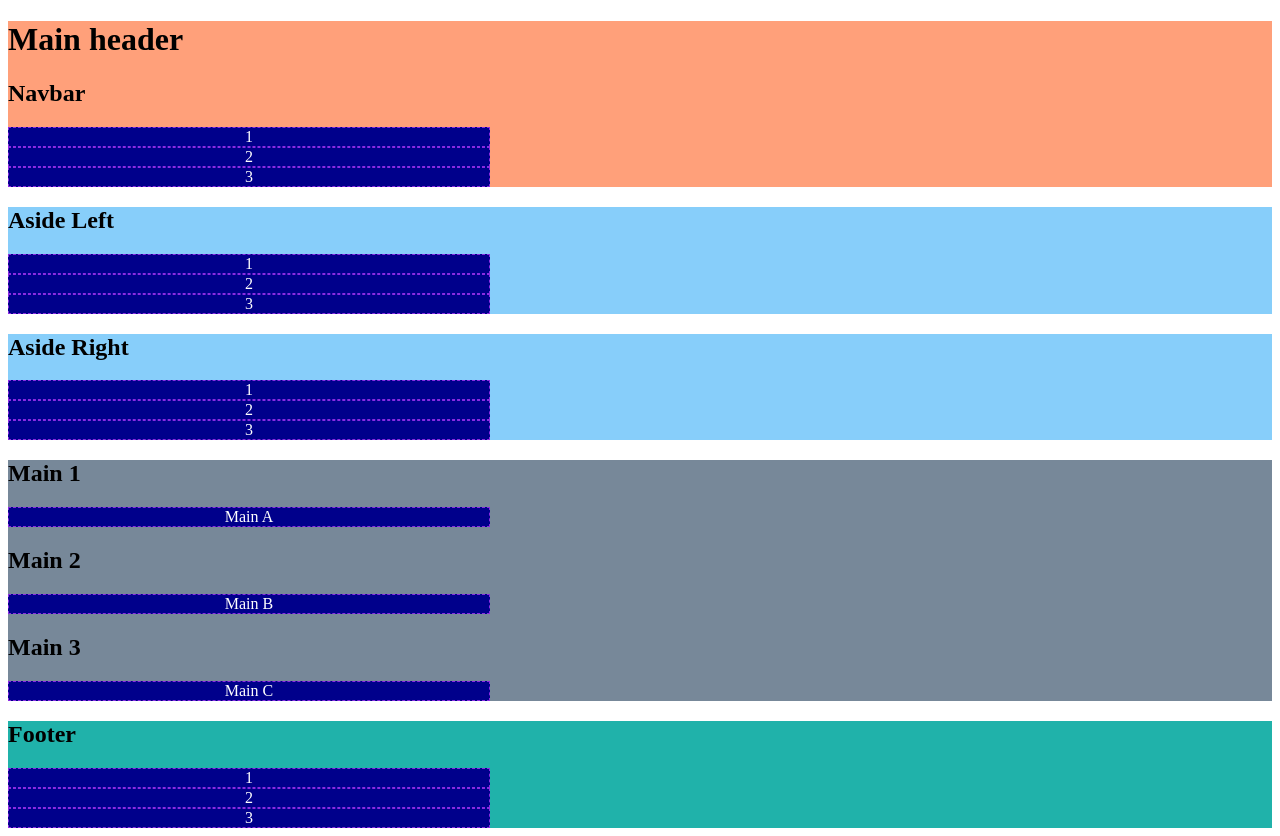
Repository: Colo-Codes/code-practice
Page: 02-css-practice-10-RWD.html
These files come from the project's save history. The page is drawn as it stood at one moment and after the next save; the edit follows.
The browser window is 1280 px wide. The pictures show the whole page.

Above is the page before, as saved 2021-06-07 08:29:22.

### 02-css-practice-10-RWD.html
<!DOCTYPE html>
<html lang="en">

<head>
    <meta charset="UTF-8">
    <meta http-equiv="X-UA-Compatible" content="IE=edge">
    <meta name="viewport" content="width=device-width, initial-scale=1.0">
    <title>Flexbox</title>
    <style>
        header {
            background-color: lightsalmon;
        }
        aside {
            background-color: lightskyblue;
        }
        main {
            background-color: lightslategray;
        }
        footer {
            background-color: lightseagreen;
        }
        .div-box {
            width: 30rem;
            display: block;
            background-color: darkblue;
            color: white;
            text-align: center;
            border: 1px dashed blueviolet;
        }
    </style>
</head>

<body>
    <header>
        <h1>Main header</h1>
        <nav>
            <h2>Navbar</h2>
            <div class="nav-boxes div-box">1</div>
            <div class="nav-boxes div-box">2</div>
            <div class="nav-boxes div-box">3</div>
        </nav>
    </header>
    <aside id="aside-left">
        <h2>Aside Left</h2>
        <div class="aside-boxes div-box">1</div>
        <div class="aside-boxes div-box">2</div>
        <div class="aside-boxes div-box">3</div>
    </aside>
    <aside id="aside-right">
        <h2>Aside Right</h2>
        <div class="aside-boxes div-box">1</div>
        <div class="aside-boxes div-box">2</div>
        <div class="aside-boxes div-box">3</div>
    </aside>
    <main>
        <section>
            <h2>Main 1</h2>
            <div class="main-boxes div-box">Main A</div>
        </section>
        <section>
            <h2>Main 2</h2>
            <div class="main-boxes div-box">Main B</div>
        </section>
        <section>
            <h2>Main 3</h2>
            <div class="main-boxes div-box">Main C</div>
        </section>
    </main>
    <footer>
        <h2>Footer</h2>
        <div class="footer-boxes div-box">1</div>
        <div class="footer-boxes div-box">2</div>
        <div class="footer-boxes div-box">3</div>
    </footer>
</body>

</html>

After the next save:
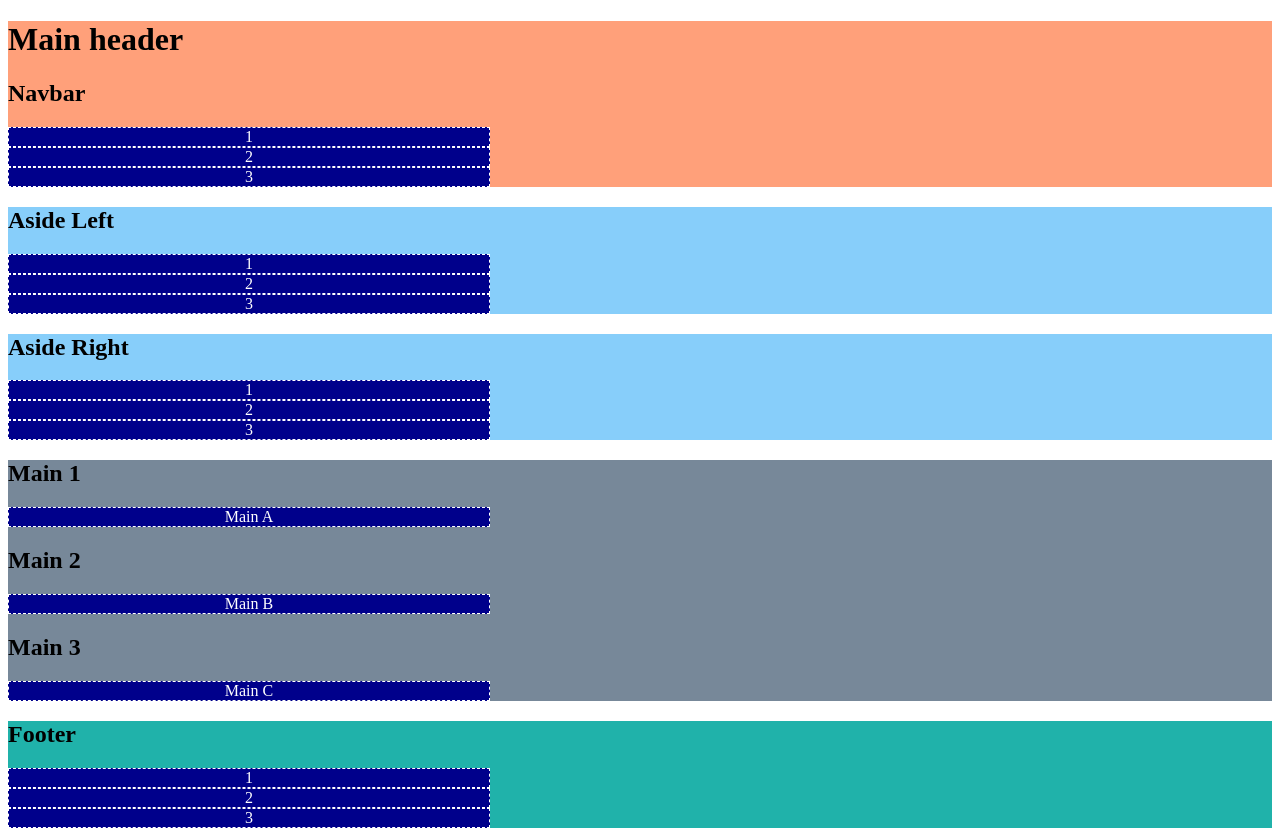
Saved 10 s later.
--- a/02-css-practice-10-RWD.html
+++ b/02-css-practice-10-RWD.html
@@ -25,7 +25,7 @@
             background-color: darkblue;
             color: white;
             text-align: center;
-            border: 1px dashed blueviolet;
+            border: 1px dashed white;
         }
     </style>
 </head>
